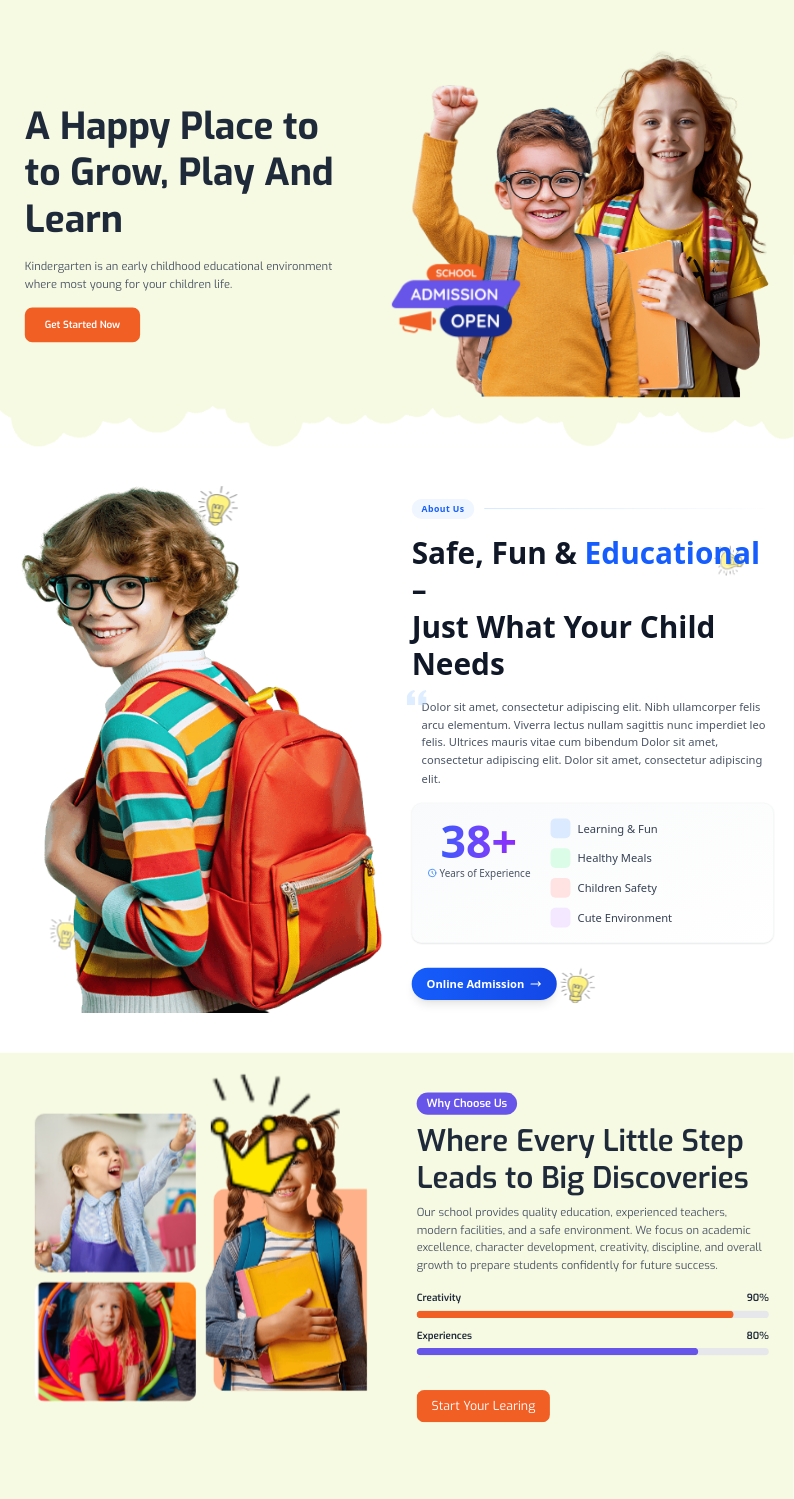
Repository: deepak445566/school
Page: / (app in okwork/)
These files come from the project's save history. The page is drawn as it stood at one moment and after a run of saves; the edit follows.
The browser window is 1280 px wide. The pictures show the whole page, at 62% of full size.
Some web fonts or font styles are not loaded; a fallback is used. The project was rebuilt for these pictures with package versions that can differ from the ones it lists, and the page was loaded fresh each time. Some packages were replaced by stand-ins written for this rebuild. Also part of the build but not shown: okwork/vite.config.js.

Above is the page before, as saved 2026-02-18 19:09:45.

### okwork/index.html
<!doctype html>
<html lang="en">
  <head>
    <meta charset="UTF-8" />
    <link rel="icon" type="image/svg+xml" href="/vite.svg" />
    <meta name="viewport" content="width=device-width, initial-scale=1.0" />
    <title>okwork</title>
    <link rel="preconnect" href="https://fonts.googleapis.com">
<link rel="preconnect" href="https://fonts.gstatic.com" crossorigin>
<link href="https://fonts.googleapis.com/css2?family=Abril+Fatface&family=Alan+Sans:wght@300..900&family=Big+Shoulders:opsz,wght@10..72,100..900&family=Exo+2:ital,wght@0,100..900;1,100..900&family=Exo:ital,wght@0,100..900;1,100..900&family=Montserrat:ital,wght@0,100..900;1,100..900&family=Orbitron:wght@400..900&family=Poppins:ital,wght@0,100;0,200;0,300;0,400;0,500;0,600;0,700;0,800;0,900;1,100;1,200;1,300;1,400;1,500;1,600;1,700;1,800;1,900&family=Prata&family=Rajdhani:wght@300;400;500;600;700&display=swap" rel="stylesheet">
  </head>
  <body>
    <div id="root"></div>
    <script type="module" src="/src/main.jsx"></script>
  </body>
</html>

### okwork/src/index.css
@import "tailwindcss";


.exo {
  font-family: "Exo", sans-serif;

  font-style: normal;
}

### okwork/src/App.jsx
import React from 'react'
import Home from './components/Home'
import About from './components/About'
import WhyChooseUs from './components/WhyChooseUs'

function App() {
  return (
    <>
    <Home/>
    <About/>
    <WhyChooseUs/>
    </>
  )
}

export default App

### okwork/src/components/Home.jsx
import React from "react";

const Home = () => {
  // Image URL - using a high-quality free image
  const imageUrl =
    "/images/hero1.png";
  const kalagiImageUrl = "/images/text.png";
  return (
    <div className="min-h-screen bg-[#F7FAE2] overflow-hidden exo relative ">
      {/* Main container - centered with responsive padding */}
      <div className="container mx-auto px-6 py-12 md:px-12 lg:px-10 min-h-screen flex items-center relative z-10">

        {/* Flex container: column on mobile, row on desktop */}
        <div className="flex flex-col md:flex-row items-center gap-12 lg:gap-5 w-full">

          {/* LEFT SECTION: 40% width */}
          <div className="w-full md:w-[45%] text-center md:text-left space-y-6 md:space-y-6">
            {/* Heading with gradient effect */}
            <h1 className="text-4xl text-gray-800 md:text-5xl lg:text-6xl font-bold leading-tight exo">
             A Happy Place to
              <br />
              <span className="text-gray-800">to Grow, Play And </span>
              <br />
              <span className="text-gray-800">   Learn</span>
            </h1>

            {/* Paragraph description */}
            <p className="text-lg md:text-lg text-gray-600 max-w-2xl mx-auto md:mx-0">
           Kindergarten is an early childhood educational environment where
most young for your children life.
            </p>

            {/* Button with hover effects */}
            <div className="flex justify-center md:justify-start">
              <button className="group relative px-8 py-4 bg-[#F15F25] text-white font-semibold rounded-xl float hover:shadow-xl hover:transform hover:-translate-y-1 transition-all duration-300 ease-in-out">
                <span className="relative z-10">Get Started Now</span>
              </button>
            </div>
          </div>

          {/* RIGHT SECTION: 60% width */}
          <div className="w-full md:w-[55%] flex justify-center md:justify-end">
            <div className="relative w-full max-w-md lg:max-w-xl ">
              {/* Main image */}
              <img
                src={imageUrl}
                alt="Team collaboration in modern workspace"
                className="relative z-10 w-full h-auto rounded-2xl object-cover "
              />
               <img
                src={kalagiImageUrl}
                alt="Decorative element"
                className="absolute bottom-0 left-7 lg:left-0 z-20 w-24 h-24 md:w-52 md:h-52 object-contain -translate-x-4 -translate-y-4 animate-bounce-slow"
              />
            </div>
          </div>
        </div>

      </div>
        <div className=" absolute bottom-0  z-1000">
          <img src="/images/hero-line.png" className="w-full"/>
        </div>

      {/* Add custom animation keyframes */}
       <style jsx>{`
        @keyframes blob {
          0% { transform: translate(0px, 0px) scale(1); }
          33% { transform: translate(30px, -50px) scale(1.1); }
          66% { transform: translate(-20px, 20px) scale(0.9); }
          100% { transform: translate(0px, 0px) scale(1); }
        }

        @keyframes float {
          0% {
            transform: translateY(0px);
          }
          50% {
            transform: translateY(-20px);
          }
          100% {
            transform: translateY(0px);
          }
        }

        @keyframes bounce-slow {
          0%, 100% {
            transform: translate(-1rem, -1rem) translateY(0);
          }
          50% {
            transform: translate(-1rem, -1rem) translateY(-20px);
          }
        }

        .animate-blob {
          animation: blob 7s infinite;
        }

        .animate-float {
          animation: float 6s ease-in-out infinite;
        }

        .animate-bounce-slow {
          animation: bounce-slow 4s ease-in-out infinite;
        }

        .animation-delay-2000 {
          animation-delay: 2s;
        }
      `}</style>
    </div>
  );
};

export default Home;

### okwork/src/components/About.jsx
import React from 'react';

// Import images at the top for easy path management


const About = () => {
  const bulbIcon =
    "/images/tubelight.png";
    const starIcon =
    "/images/tubelight.png";
    const aboutImage =
    "/images/about-1.png";
  return (
    <div className="max-w-7xl mx-auto px-4 sm:px-6 lg:px-8 py-12 md:py-16 relative">
      {/* Animated elements - increased size */}
      <div className="absolute top-20 left-1/4 animate-bounce">
        <img src={bulbIcon} alt="bulb" className="w-16 h-16 opacity-50" />
      </div>
      <div className="absolute bottom-20 right-1/4 animate-pulse">
        <img src={starIcon} alt="star" className="w-14 h-14 opacity-50" />
      </div>
      <div className="absolute top-40 right-20 animate-spin-slow">
        <img src={starIcon} alt="star" className="w-12 h-12 opacity-40" />
      </div>
      <div className="absolute bottom-40 left-20 animate-float">
        <img src={bulbIcon} alt="bulb" className="w-14 h-14 opacity-40" />
      </div>

      <div className="flex flex-col lg:flex-row gap-8 lg:gap-12 items-center relative z-10">
        {/* Left side - Image */}
        <div className="lg:w-1/2 w-full">
          <img
            src={aboutImage}
            alt="About Us"
            className="w-full h-auto rounded-lg object-cover "
          />
        </div>

        {/* Right side - Content */}
        <div className="lg:w-1/2 w-full space-y-6">
          {/* About Us Label with decorative line */}
          <div className="flex items-center gap-4">
            <span className="text-sm font-semibold text-blue-600 tracking-wider bg-blue-50 px-4 py-1.5 rounded-full">
              About Us
            </span>
            <div className="h-px flex-1 bg-gradient-to-r from-blue-200 to-transparent"></div>
          </div>

          {/* Main Heading */}
          <h1 className="font-helvetica text-4xl md:text-5xl font-bold text-gray-900 leading-tight">
            Safe, Fun & <span className="text-blue-600">Educational</span> –<br />
            Just What Your Child Needs
          </h1>

          {/* Description with quote icon */}
          <div className="relative">
            <svg className="absolute -top-4 -left-2 w-8 h-8 text-blue-200 opacity-50" fill="currentColor" viewBox="0 0 24 24">
              <path d="M14.017 21v-7.391c0-5.704 3.731-9.57 8.983-10.609l.995 2.151c-2.432.917-3.995 3.638-3.995 5.849h4v10h-9.983zm-14.017 0v-7.391c0-5.704 3.748-9.57 9-10.609l.996 2.151c-2.433.917-3.996 3.638-3.996 5.849h3.983v10h-9.983z" />
            </svg>
            <p className="text-gray-600 text-base md:text-lg leading-relaxed pl-4">
              Dolor sit amet, consectetur adipiscing elit. Nibh ullamcorper felis arcu elementum.
              Viverra lectus nullam sagittis nunc imperdiet leo felis. Ultrices mauris vitae cum
              bibendum Dolor sit amet, consectetur adipiscing elit. Dolor sit amet, consectetur
              adipiscing elit.
            </p>
          </div>

          {/* Stats and Features - Improved UI */}
          <div className="bg-gradient-to-br from-gray-50 to-white p-6 rounded-2xl border border-gray-100 shadow-sm">
            <div className="flex flex-wrap items-start gap-8">
              {/* Left side - 38+ Experience with improved styling */}
              <div className="flex-shrink-0 text-center">
                <div className="text-6xl md:text-7xl font-bold text-transparent bg-clip-text bg-gradient-to-r from-blue-600 to-purple-600">
                  38+
                </div>
                <div className="text-gray-600 mt-1 font-medium flex items-center gap-1">
                  <svg className="w-4 h-4 text-blue-500" fill="none" stroke="currentColor" viewBox="0 0 24 24">
                    <path strokeLinecap="round" strokeLinejoin="round" strokeWidth={2} d="M12 8v4l3 3m6-3a9 9 0 11-18 0 9 9 0 0118 0z" />
                  </svg>
                  Years of Experience
                </div>
              </div>

              {/* Right side - Features list with improved styling */}
              <div className="space-y-4 flex-1">
                {/* Learning & Fun */}
                <div className="flex items-center gap-3 group hover:translate-x-1 transition-transform duration-300">
                  <div className="w-8 h-8 bg-blue-100 rounded-lg flex items-center justify-center group-hover:bg-blue-200 transition-colors">

                  </div>
                  <span className="text-gray-700 text-lg font-medium">Learning & Fun</span>
                </div>

                {/* Healthy Meals */}
                <div className="flex items-center gap-3 group hover:translate-x-1 transition-transform duration-300">
                  <div className="w-8 h-8 bg-green-100 rounded-lg flex items-center justify-center group-hover:bg-green-200 transition-colors">

                  </div>
                  <span className="text-gray-700 text-lg font-medium">Healthy Meals</span>
                </div>

                {/* Children Safety */}
                <div className="flex items-center gap-3 group hover:translate-x-1 transition-transform duration-300">
                  <div className="w-8 h-8 bg-red-100 rounded-lg flex items-center justify-center group-hover:bg-red-200 transition-colors">

                  </div>
                  <span className="text-gray-700 text-lg font-medium">Children Safety</span>
                </div>

                {/* Cute Environment */}
                <div className="flex items-center gap-3 group hover:translate-x-1 transition-transform duration-300">
                  <div className="w-8 h-8 bg-purple-100 rounded-lg flex items-center justify-center group-hover:bg-purple-200 transition-colors">

                  </div>
                  <span className="text-gray-700 text-lg font-medium">Cute Environment</span>
                </div>
              </div>
            </div>
          </div>

          {/* Online Admission Link with improved styling */}
          <div className="pt-4">
            <a
              href="#"
              className="inline-flex items-center gap-2 text-lg font-semibold text-white bg-gradient-to-r from-blue-600 to-blue-700 hover:from-blue-700 hover:to-blue-800 px-6 py-3 rounded-full shadow-lg hover:shadow-xl transition-all duration-300 group"
            >
              Online Admission
              <svg className="w-5 h-5 group-hover:translate-x-1 transition-transform" fill="none" stroke="currentColor" viewBox="0 0 24 24">
                <path strokeLinecap="round" strokeLinejoin="round" strokeWidth={2} d="M17 8l4 4m0 0l-4 4m4-4H3" />
              </svg>
            </a>
          </div>
        </div>
      </div>

      {/* Add custom animations to your global CSS */}
      <style jsx>{`
        @keyframes spin-slow {
          from {
            transform: rotate(0deg);
          }
          to {
            transform: rotate(360deg);
          }
        }
        .animate-spin-slow {
          animation: spin-slow 8s linear infinite;
        }

        @keyframes float {
          0%, 100% {
            transform: translateY(0px);
          }
          50% {
            transform: translateY(-20px);
          }
        }
        .animate-float {
          animation: float 5s ease-in-out infinite;
        }
      `}</style>
    </div>
  );
};

export default About;

### okwork/src/components/WhyChooseUs.jsx
import React from "react";

const WhyChooseUs = () => {
  return (
    <div className="min-h-screen bg-[#F7FAE2] overflow-hidden exo py-16">
      <div className="container mx-auto px-6 md:px-12 lg:px-10">

        {/* Flex container: column on mobile, row on desktop */}
        <div className="flex flex-col md:flex-row items-center gap-12 lg:gap-16">

          {/* LEFT SECTION - Pinterest style 3 images */}
          <div className="w-full md:w-1/2 relative">
            <div className="grid grid-cols-2 gap-4 lg:p-4">
              {/* Left column - 2 images stacked */}
              <div className="space-y-4">
                {/* Top left image */}
                <div className="relative overflow-hidden rounded-2xl transition-all duration-300 transform hover:-translate-y-1">
                  <img
                    src="/images/choose2.jpg" // Replace with your image path
                    alt="Pinterest style 1"
                    className="w-full h-64 object-cover"
                  />
                </div>

                {/* Bottom left image */}
                <div className="relative overflow-hidden rounded-2xl transition-all duration-300 transform hover:-translate-y-1">
                  <img
                    src="/images/choose1.png" // Replace with your image path
                    alt="Pinterest style 2"
                    className="w-full h-48 object-cover"
                  />
                </div>
              </div>

              {/* Right column - 1 tall image */}
              <div className="relative overflow-hidden rounded-2xl transition-all duration-300 transform hover:-translate-y-1 ">
                <img
                  src="/images/choose3.png" // Replace with your image path
                  alt="Pinterest style 3"
                  className="w-full h-[28rem] object-cover"
                />
              </div>
            </div>
            <div>
             <img
                src="/images/coun-shape.png"
                alt="Decorative element"
                className="absolute top-0 right-7  z-20 w-24 h-24 md:w-52 md:h-52 object-contain -translate-x-4 -translate-y-4 animate-bounce-slow "
              />
            </div>
          </div>

          {/* RIGHT SECTION - Content (same as before) */}
          <div className="w-full md:w-1/2 space-y-3 exo">
            {/* Small heading */}
            <h2 className="text-white bg-[#6754E9] rounded-4xl w-fit  text-lg  px-4  py-1 font-semibold ">
              Why Choose Us
            </h2>

            {/* Main heading */}
            <h1 className="text-3xl md:text-4xl lg:text-5xl font-semibold text-gray-800 leading-tight">
              Where Every Little Step <br />
              Leads to Big Discoveries
            </h1>

            {/* Description */}
            <p className="text-gray-600 text-base md:text-lg max-w-2xl ">
             Our school provides quality education, experienced teachers, modern facilities, and a safe environment. We focus on academic excellence, character development, creativity, discipline, and overall growth to prepare students confidently for future success.
            </p>

            {/* Early Learning section */}
            <div className="space-y-4 pt-4">


              {/* Progress bars */}
              <div className="space-y-4 pt-">
                {/* Creativity */}
                <div className="space-y-2">
                  <div className="flex justify-between items-center">
                    <span className="text-gray-800 font-semibold">Creativity</span>
                    <span className="text-gray-800 font-semibold">90%</span>
                  </div>
                  <div className="w-full h-3 bg-gray-200 rounded-full overflow-hidden">
                    <div
                      className="h-full bg-[#F15F25] rounded-full"
                      style={{ width: '90%' }}
                    ></div>
                  </div>
                </div>

                {/* Experiences */}
                <div className="space-y-2">
                  <div className="flex justify-between items-center">
                    <span className="text-gray-800 font-semibold">Experiences</span>
                    <span className="text-gray-800 font-semibold">80%</span>
                  </div>
                  <div className="w-full h-3 bg-gray-200 rounded-full overflow-hidden">
                    <div
                      className="h-full bg-[#6754E9] rounded-full"
                      style={{ width: '80%' }}
                    ></div>
                  </div>
                </div>
              </div>
               <button className="group relative px-6 py-3 bg-[#F15F25] text-xl text-white  rounded-xl float hover:shadow-xl hover:transform hover:-translate-y-1 transition-all duration-300 ease-in-out mt-10">
                <span className="relative z-10">Start Your Learing</span>
              </button>
            </div>
          </div>
        </div>

      </div>
    </div>
  );
};

export default WhyChooseUs;

Loaded but not shown: okwork/src/main.jsx (common file)

After the next 2 saves:
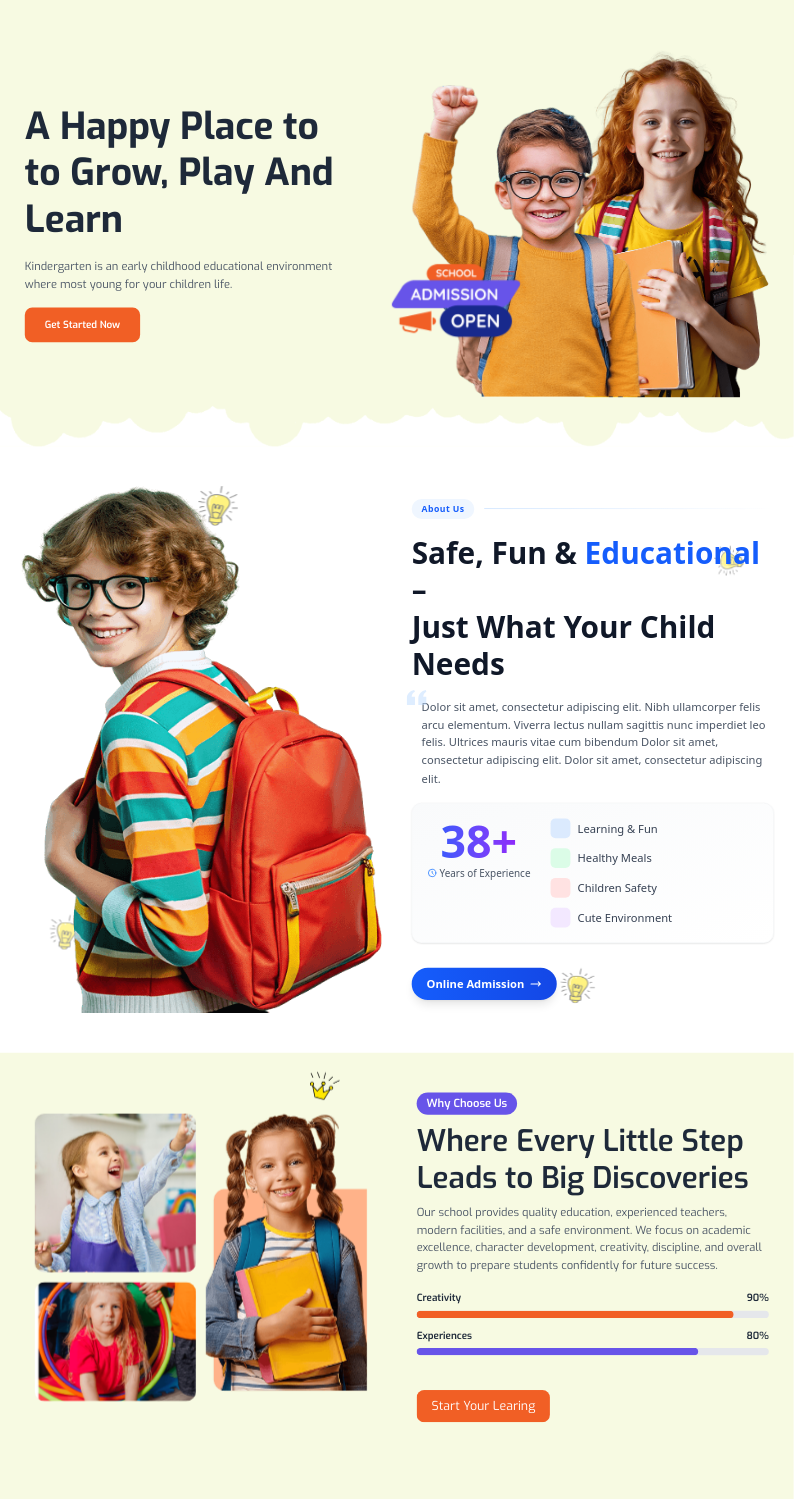
The 2 saves are shown as one change because they came seconds apart.
The last was saved 8 s later.
--- a/okwork/src/components/WhyChooseUs.jsx
+++ b/okwork/src/components/WhyChooseUs.jsx
@@ -45,7 +45,7 @@ const WhyChooseUs = () => {
              <img
                 src="/images/coun-shape.png"
                 alt="Decorative element"
-                className="absolute top-0 right-7  z-20 w-24 h-24 md:w-52 md:h-52 object-contain -translate-x-4 -translate-y-4 animate-bounce-slow "
+                className="absolute top-0 right-7  z-20 w-24 h-24 md:w-12 md:h-12 object-contain -translate-x-4 -translate-y-4 animate-bounce-slow "
               />
             </div>
           </div>
